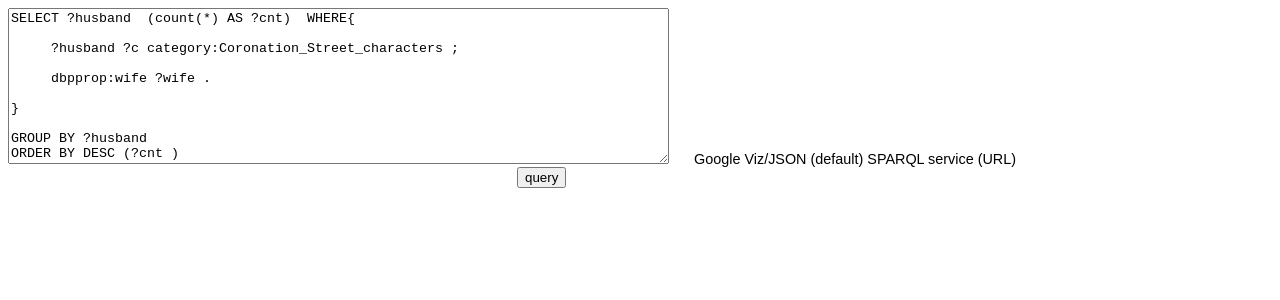
Repository: ds10/widgets-workspace
Page: DBpediawidget/src/index.html
The author's editor kept a copy of each file at every save. The page is drawn from the files as they stood at one save, then again after the next save.
The browser window is 1280 px wide. The pictures show the whole page.

Above is the page before, as saved 2013-02-26 15:03:34.

After the next save:
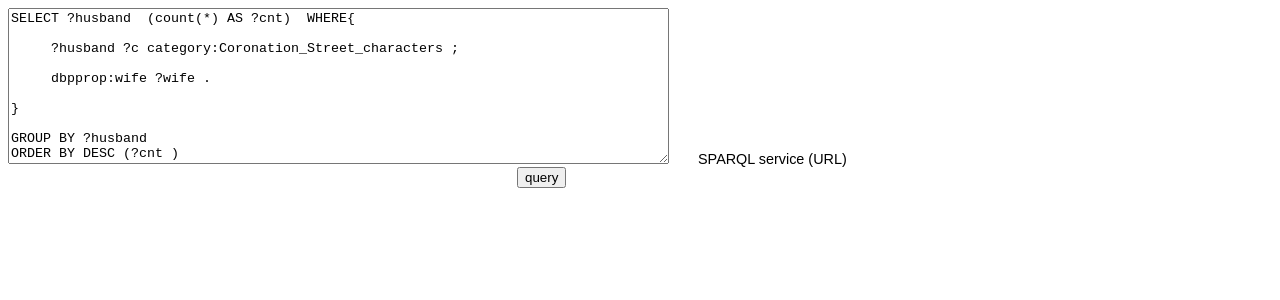
Saved 51 s later.
--- a/DBpediawidget/src/index.html
+++ b/DBpediawidget/src/index.html
@@ -25,7 +25,7 @@
 GROUP BY ?husband
 ORDER BY DESC (?cnt )
 </textarea>
- <input name="output" value="gvds" type="radio" checked="checked" style="visibility:hidden" />Google Viz/JSON (default)
+ <input name="output" value="gvds" type="radio" checked="checked" style="visibility:hidden" />
   SPARQL service (URL) <input name="service-uri" value="http://dbpedia.org/sparql" size="60" style="visibility:hidden" />
     <input value="query" type="submit" /><br />
 </form>
